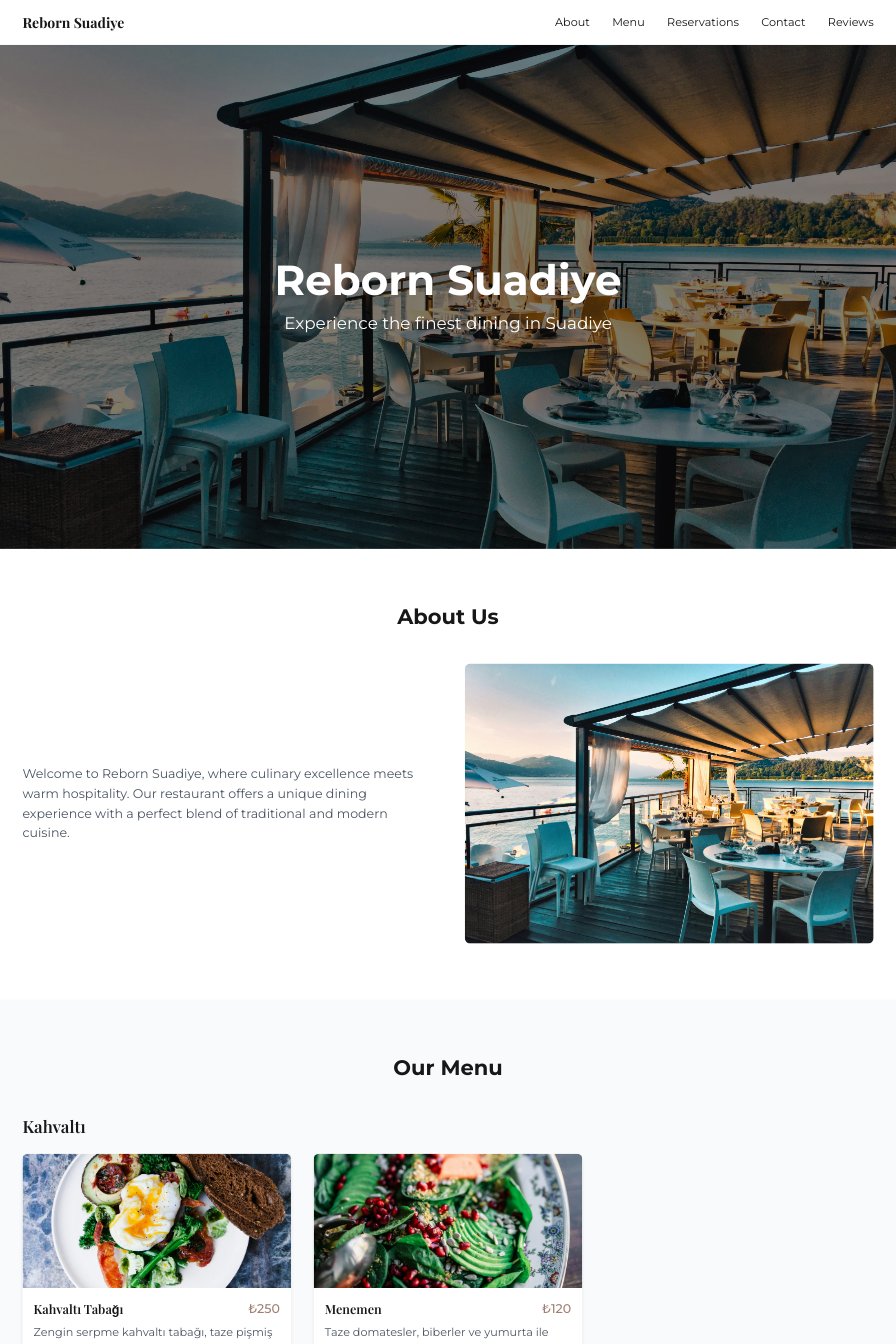
Repository: burakdemirrr/restaurant-website
Page: /
The author's editor kept a copy of each file at every save. The page is drawn from the files as they stood at one save, then again after the next save.
The browser window is 1280 px wide. The pictures show the part of the page from y = 0 to 1920 px (the page is 5584 px tall), at 70% of full size.
The page's requests for data from a server got no answer. Some web fonts or font styles are not loaded; a fallback is used. The project was rebuilt for these pictures with package versions that can differ from the ones it lists, and the page was loaded fresh each time. The framework's server and built-in components were replaced by stand-ins that run in the browser. No one was signed in, and anything a server would have sent is missing. Also part of the build but not shown: next.config.ts.

Above is the page before, as saved 2025-01-06 14:39:45.

### src/app/layout.tsx
import type { Metadata } from "next";
import { Playfair_Display, Montserrat } from "next/font/google";
import "./globals.css";
import MobileNav from "@/components/MobileNav";

const playfair = Playfair_Display({
  subsets: ["latin"],
  variable: '--font-playfair',
});

const montserrat = Montserrat({
  subsets: ["latin"],
  variable: '--font-montserrat',
});

export const metadata: Metadata = {
  title: "Reborn Suadiye - Restaurant & Cafe",
  description: "Experience the finest dining at Reborn Suadiye. Make your reservations online and enjoy our delicious menu.",
};

export default function RootLayout({
  children,
}: {
  children: React.ReactNode
}) {
  return (
    <html lang="en" className={`scroll-smooth ${playfair.variable} ${montserrat.variable}`}>
      <body className={montserrat.className}>
        <nav className="fixed top-0 w-full bg-white/90 backdrop-blur-sm z-50 shadow-sm transition-all duration-300 hover:bg-white">
          <div className="max-w-7xl mx-auto px-4 sm:px-6 lg:px-8">
            <div className="flex justify-between h-16">
              <div className="flex items-center">
                <a href="/" className="text-xl font-bold font-playfair hover:text-primary-600 transition-colors">Reborn Suadiye</a>
              </div>
              <div className="hidden sm:flex sm:items-center sm:space-x-8">
                <a href="#about" className="hover:text-primary-600 transition-colors">About</a>
                <a href="#menu" className="hover:text-primary-600 transition-colors">Menu</a>
                <a href="#reservations" className="hover:text-primary-600 transition-colors">Reservations</a>
                <a href="#contact" className="hover:text-primary-600 transition-colors">Contact</a>
                <a href="#reviews" className="hover:text-primary-600 transition-colors">Reviews</a>
              </div>
              <MobileNav />
            </div>
          </div>
        </nav>
        <main className="pt-16">
          {children}
        </main>
        <footer className="bg-primary-900 text-white py-8">
          <div className="max-w-7xl mx-auto px-4 sm:px-6 lg:px-8">
            <div className="flex flex-col md:flex-row justify-between items-center">
              <div className="mb-4 md:mb-0">
                <h3 className="text-xl font-bold font-playfair">Reborn Suadiye</h3>
                <p className="mt-2">Experience the finest dining</p>
              </div>
              <div className="flex space-x-6">
                <a href="https://instagram.com/reborn.suadiye" target="_blank" rel="noopener noreferrer" className="hover:text-primary-300 transition-colors">
                  Instagram
                </a>
                <a href="#contact" className="hover:text-primary-300 transition-colors">Contact</a>
              </div>
            </div>
          </div>
        </footer>
      </body>
    </html>
  );
}

### src/app/page.tsx
import Image from 'next/image'
import ReservationForm from '@/components/ReservationForm'
import Menu from '@/components/Menu'
import GoogleReviews from '@/components/GoogleReviews'

export default function Home() {
  return (
    <div className="min-h-screen">
      {/* Hero Section */}
      <section className="relative h-screen">
        <div className="absolute inset-0">
          <Image
            src="/hero-image.jpg"
            alt="Reborn Suadiye Restaurant"
            fill
            className="object-cover"
            priority
          />
          <div className="absolute inset-0 bg-black/50" />
        </div>
        <div className="relative h-full flex items-center justify-center text-white text-center">
          <div>
            <h1 className="text-5xl md:text-6xl font-bold mb-4">Reborn Suadiye</h1>
            <p className="text-xl md:text-2xl">Experience the finest dining in Suadiye</p>
          </div>
        </div>
      </section>

      {/* About Section */}
      <section id="about" className="py-20 bg-white">
        <div className="max-w-7xl mx-auto px-4 sm:px-6 lg:px-8">
          <h2 className="text-3xl font-bold text-center mb-12">About Us</h2>
          <div className="grid md:grid-cols-2 gap-12 items-center">
            <div>
              <p className="text-lg text-gray-600">
                Welcome to Reborn Suadiye, where culinary excellence meets warm hospitality.
                Our restaurant offers a unique dining experience with a perfect blend of
                traditional and modern cuisine.
              </p>
            </div>
            <div className="relative h-[400px]">
              <Image
                src="/about-image.jpg"
                alt="About Reborn Suadiye"
                fill
                className="object-cover rounded-lg"
              />
            </div>
          </div>
        </div>
      </section>

      {/* Menu Section */}
      <section id="menu" className="py-20 bg-gray-50">
        <div className="max-w-7xl mx-auto px-4 sm:px-6 lg:px-8">
          <h2 className="text-3xl font-bold text-center mb-12">Our Menu</h2>
          <Menu />
        </div>
      </section>

      {/* Reservations Section */}
      <section id="reservations" className="py-20 bg-white">
        <div className="max-w-7xl mx-auto px-4 sm:px-6 lg:px-8">
          <h2 className="text-3xl font-bold text-center mb-12">Make a Reservation</h2>
          <ReservationForm />
        </div>
      </section>

      {/* Contact Section */}
      <section id="contact" className="py-20 bg-gray-50">
        <div className="max-w-7xl mx-auto px-4 sm:px-6 lg:px-8">
          <h2 className="text-3xl font-bold text-center mb-12">Contact Us</h2>
          <div className="grid md:grid-cols-2 gap-12">
            <div>
              <h3 className="text-xl font-semibold mb-4">Location</h3>
              <p className="text-gray-600 mb-4">Suadiye Mahallesi, Bağdat Caddesi, Kadıköy/İstanbul</p>
              <h3 className="text-xl font-semibold mb-4">Opening Hours</h3>
              <p className="text-gray-600 mb-4">
                Monday - Sunday: 09:00 - 23:00
              </p>
              <h3 className="text-xl font-semibold mb-4">Contact Information</h3>
              <p className="text-gray-600">Phone: +90 (216) XXX XX XX</p>
              <p className="text-gray-600">Email: info@rebornsuadiye.com</p>
              <div className="mt-6">
                <a
                  href="https://instagram.com/reborn.suadiye"
                  target="_blank"
                  rel="noopener noreferrer"
                  className="text-blue-600 hover:text-blue-800"
                >
                  Follow us on Instagram
                </a>
              </div>
            </div>
            <div className="h-[400px] relative">
              <iframe
                src="https://www.google.com/maps/embed?pb=!1m18!1m12!1m3!1d3011.1234567890123!2d29.0876543210987!3d40.9876543210987!2m3!1f0!2f0!3f0!3m2!1i1024!2i768!4f13.1!3m3!1m2!1s0x0%3A0x0!2zNDDCsDU5JzE1LjYiTiAyOcKwMDUnMTAuMiJF!5e0!3m2!1sen!2str!4v1234567890123!5m2!1sen!2str"
                width="100%"
                height="100%"
                style={{ border: 0 }}
                allowFullScreen
                loading="lazy"
                referrerPolicy="no-referrer-when-downgrade"
              />
            </div>
          </div>
        </div>
      </section>

      {/* Reviews Section */}
      <section id="reviews" className="py-20 bg-white">
        <div className="max-w-7xl mx-auto px-4 sm:px-6 lg:px-8">
          <h2 className="text-3xl font-bold text-center mb-12">What Our Customers Say</h2>
          <GoogleReviews />
        </div>
      </section>
    </div>
  )
}

### src/components/MobileNav.tsx
'use client'

import React, { useState } from 'react'
import { FaBars, FaTimes } from 'react-icons/fa'

export default function MobileNav() {
  const [isOpen, setIsOpen] = useState(false)

  const toggleMenu = () => {
    setIsOpen(!isOpen)
  }

  return (
    <div className="sm:hidden">
      <button
        onClick={toggleMenu}
        className="p-2 text-gray-600 hover:text-gray-900 focus:outline-none"
      >
        {isOpen ? <FaTimes size={24} /> : <FaBars size={24} />}
      </button>

      {isOpen && (
        <div className="absolute top-16 left-0 right-0 bg-white shadow-lg py-2">
          <a
            href="#about"
            className="block px-4 py-2 text-gray-800 hover:bg-gray-100"
            onClick={toggleMenu}
          >
            About
          </a>
          <a
            href="#menu"
            className="block px-4 py-2 text-gray-800 hover:bg-gray-100"
            onClick={toggleMenu}
          >
            Menu
          </a>
          <a
            href="#reservations"
            className="block px-4 py-2 text-gray-800 hover:bg-gray-100"
            onClick={toggleMenu}
          >
            Reservations
          </a>
          <a
            href="#contact"
            className="block px-4 py-2 text-gray-800 hover:bg-gray-100"
            onClick={toggleMenu}
          >
            Contact
          </a>
          <a
            href="#reviews"
            className="block px-4 py-2 text-gray-800 hover:bg-gray-100"
            onClick={toggleMenu}
          >
            Reviews
          </a>
        </div>
      )}
    </div>
  )
}

### src/components/Menu.tsx
import React from 'react'
import Image from 'next/image'

interface MenuItem {
  id: number
  name: string
  description: string
  price: string
  category: string
  image: string
}

const menuItems: MenuItem[] = [
  // Breakfast Items
  {
    id: 1,
    name: 'Kahvaltı Tabağı',
    description: 'Zengin serpme kahvaltı tabağı, taze pişmiş ekmekler, özel reçeller',
    price: '₺250',
    category: 'Kahvaltı',
    image: '/menu/kahvalti.jpg'
  },
  {
    id: 2,
    name: 'Menemen',
    description: 'Taze domatesler, biberler ve yumurta ile hazırlanan klasik menemen',
    price: '₺120',
    category: 'Kahvaltı',
    image: '/menu/menemen.jpg'
  },

  // Main Courses
  {
    id: 3,
    name: 'Izgara Levrek',
    description: 'Taze levrek, mevsim sebzeleri ile servis edilir',
    price: '₺380',
    category: 'Ana Yemekler',
    image: '/menu/levrek.jpg'
  },
  {
    id: 4,
    name: 'Bonfile',
    description: 'Özel marine edilmiş dana bonfile, mantar sosu ile',
    price: '₺450',
    category: 'Ana Yemekler',
    image: '/menu/bonfile.jpg'
  },
  {
    id: 5,
    name: 'Köfte',
    description: 'El yapımı köfte, özel baharatlar ile',
    price: '₺280',
    category: 'Ana Yemekler',
    image: '/menu/kofte.jpg'
  },

  // Salads
  {
    id: 6,
    name: 'Sezar Salata',
    description: 'Izgara tavuk, marul, parmesan peyniri, kruton ve özel sos',
    price: '₺180',
    category: 'Salatalar',
    image: '/menu/sezar.jpg'
  },
  {
    id: 7,
    name: 'Akdeniz Salata',
    description: 'Taze roka, cherry domates, zeytinyağı ve balzamik sos',
    price: '₺160',
    category: 'Salatalar',
    image: '/menu/akdeniz.jpg'
  },

  // Desserts
  {
    id: 8,
    name: 'Künefe',
    description: 'Ev yapımı künefe, kaymak ile servis edilir',
    price: '₺160',
    category: 'Tatlılar',
    image: '/menu/kunefe.jpg'
  },
  {
    id: 9,
    name: 'Cheesecake',
    description: 'Ev yapımı cheesecake, mevsim meyveleri ile',
    price: '₺140',
    category: 'Tatlılar',
    image: '/menu/cheesecake.jpg'
  },

  // Beverages
  {
    id: 10,
    name: 'Türk Kahvesi',
    description: 'Geleneksel Türk kahvesi',
    price: '₺50',
    category: 'İçecekler',
    image: '/menu/turk-kahvesi.jpg'
  },
  {
    id: 11,
    name: 'Taze Sıkılmış Portakal Suyu',
    description: 'Günlük taze sıkılmış portakal suyu',
    price: '₺60',
    category: 'İçecekler',
    image: '/menu/portakal.jpg'
  }
]

const categories = Array.from(new Set(menuItems.map(item => item.category)))

export default function Menu() {
  return (
    <div className="w-full">
      {categories.map((category, categoryIndex) => (
        <div key={category} className="mb-12 animate-fade-in" style={{ animationDelay: `${categoryIndex * 0.2}s` }}>
          <h3 className="text-2xl font-semibold mb-6 font-playfair">{category}</h3>
          <div className="grid grid-cols-1 md:grid-cols-2 lg:grid-cols-3 gap-8">
            {menuItems
              .filter(item => item.category === category)
              .map((item, index) => (
                <div
                  key={item.id}
                  className="bg-white rounded-lg shadow-md overflow-hidden hover:shadow-lg transition-all duration-300 transform hover:-translate-y-1 animate-slide-up"
                  style={{ animationDelay: `${(categoryIndex * 0.2) + (index * 0.1)}s` }}
                >
                  <div className="relative h-48 overflow-hidden group">
                    <Image
                      src={item.image}
                      alt={item.name}
                      fill
                      className="object-cover transition-transform duration-300 group-hover:scale-110"
                    />
                    <div className="absolute inset-0 bg-black/20 opacity-0 group-hover:opacity-100 transition-opacity duration-300" />
                  </div>
                  <div className="p-4">
                    <div className="flex justify-between items-start mb-2">
                      <h4 className="text-lg font-semibold font-playfair">{item.name}</h4>
                      <span className="text-lg font-medium text-primary-600">
                        {item.price}
                      </span>
                    </div>
                    <p className="text-gray-600">{item.description}</p>
                  </div>
                </div>
              ))}
          </div>
        </div>
      ))}
    </div>
  )
}

### src/components/GoogleReviews.tsx
import React from 'react'
import { FaStar, FaStarHalf } from 'react-icons/fa'

interface Review {
  id: number
  author: string
  rating: number
  text: string
  date: string
}

const reviews: Review[] = [
  {
    id: 1,
    author: 'Ahmet Y.',
    rating: 5,
    text: 'Harika bir mekan! Kahvaltısı özellikle muhteşem. Servis ve ambiyans da çok iyi.',
    date: '2024-01-01'
  },
  {
    id: 2,
    author: 'Ayşe K.',
    rating: 4.5,
    text: 'Bağdat Caddesinin en iyi restoranlarından biri. Levrek çok lezzetliydi.',
    date: '2023-12-25'
  },
  {
    id: 3,
    author: 'Mehmet S.',
    rating: 5,
    text: 'Künefesi için bile gidilir. Servis hızlı ve personel çok ilgili.',
    date: '2023-12-20'
  }
]

function RatingStars({ rating }: { rating: number }) {
  const fullStars = Math.floor(rating)
  const hasHalfStar = rating % 1 !== 0

  return (
    <div className="flex text-primary-500">
      {[...Array(fullStars)].map((_, i) => (
        <FaStar key={i} className="transform hover:scale-110 transition-transform" />
      ))}
      {hasHalfStar && <FaStarHalf className="transform hover:scale-110 transition-transform" />}
    </div>
  )
}

export default function GoogleReviews() {
  return (
    <div className="grid grid-cols-1 md:grid-cols-2 lg:grid-cols-3 gap-8">
      {reviews.map((review, index) => (
        <div
          key={review.id}
          className="bg-white p-6 rounded-lg shadow-md hover:shadow-lg transition-all duration-300 transform hover:-translate-y-1 animate-slide-up"
          style={{ animationDelay: `${index * 0.2}s` }}
        >
          <div className="flex items-center justify-between mb-4">
            <h3 className="font-semibold font-playfair">{review.author}</h3>
            <RatingStars rating={review.rating} />
          </div>
          <p className="text-gray-600 mb-4 line-clamp-3 hover:line-clamp-none transition-all duration-300">
            {review.text}
          </p>
          <p className="text-sm text-primary-400">
            {new Date(review.date).toLocaleDateString('tr-TR', {
              year: 'numeric',
              month: 'long',
              day: 'numeric'
            })}
          </p>
        </div>
      ))}
    </div>
  )
}

### tailwind.config.ts
import type { Config } from "tailwindcss";

const config: Config = {
  content: [
    "./src/pages/**/*.{js,ts,jsx,tsx,mdx}",
    "./src/components/**/*.{js,ts,jsx,tsx,mdx}",
    "./src/app/**/*.{js,ts,jsx,tsx,mdx}",
  ],
  theme: {
    extend: {
      colors: {
        primary: {
          50: '#fdf8f6',
          100: '#f2e8e5',
          200: '#eaddd7',
          300: '#e0cec7',
          400: '#d2bab0',
          500: '#bfa094',
          600: '#a18072',
          700: '#977669',
          800: '#846358',
          900: '#43302b',
        },
      },
      fontFamily: {
        playfair: ['var(--font-playfair)'],
        montserrat: ['var(--font-montserrat)'],
      },
      animation: {
        'fade-in': 'fadeIn 0.5s ease-in-out',
        'slide-up': 'slideUp 0.5s ease-out',
        'slide-down': 'slideDown 0.3s ease-out',
      },
      keyframes: {
        fadeIn: {
          '0%': { opacity: '0' },
          '100%': { opacity: '1' },
        },
        slideUp: {
          '0%': { transform: 'translateY(20px)', opacity: '0' },
          '100%': { transform: 'translateY(0)', opacity: '1' },
        },
        slideDown: {
          '0%': { transform: 'translateY(-20px)', opacity: '0' },
          '100%': { transform: 'translateY(0)', opacity: '1' },
        },
      },
    },
  },
  plugins: [
    require('@tailwindcss/forms'),
  ],
};

export default config;

Loaded but not shown: src/app/globals.css (common file); src/components/ReservationForm.tsx (225 lines, source omitted)

After the next save:
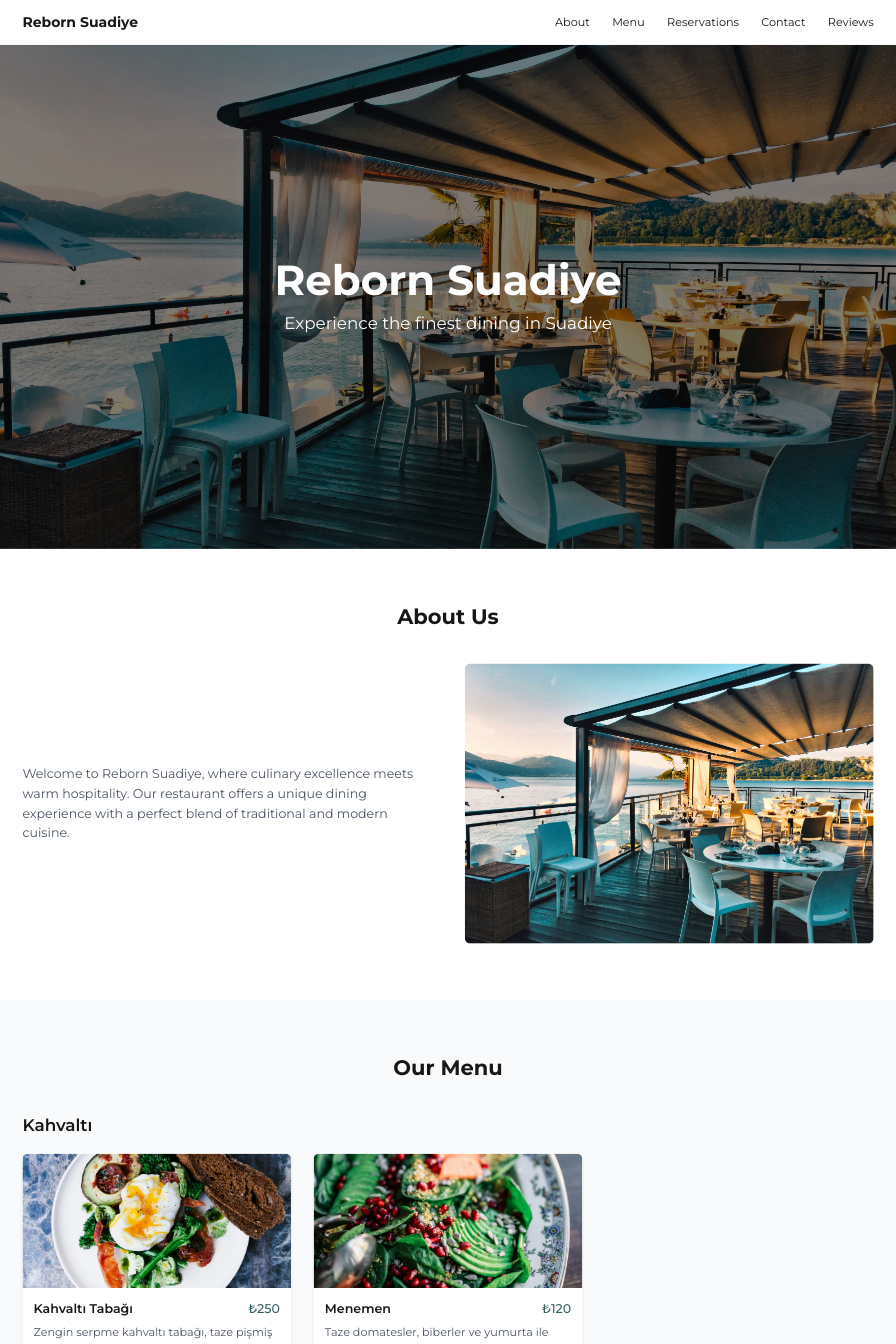
Saved 2 min 49 s later.
--- a/tailwind.config.ts
+++ b/tailwind.config.ts
@@ -10,26 +10,41 @@ const config: Config = {
     extend: {
       colors: {
         primary: {
-          50: '#fdf8f6',
-          100: '#f2e8e5',
-          200: '#eaddd7',
-          300: '#e0cec7',
-          400: '#d2bab0',
-          500: '#bfa094',
-          600: '#a18072',
-          700: '#977669',
-          800: '#846358',
-          900: '#43302b',
+          50: '#f4f9f9',
+          100: '#dcedee',
+          200: '#bcd8d9',
+          300: '#8ebabb',
+          400: '#649798',
+          500: '#45787a',
+          600: '#366163',
+          700: '#2d4f51',
+          800: '#284142',
+          900: '#233738',
         },
+        gold: {
+          50: '#fbf7e4',
+          100: '#f5ecbb',
+          200: '#eed88d',
+          300: '#e7c35f',
+          400: '#e0af31',
+          500: '#c99a2a',
+          600: '#9d7720',
+          700: '#725618',
+          800: '#463510',
+          900: '#1b1408',
+        }
       },
       fontFamily: {
-        playfair: ['var(--font-playfair)'],
-        montserrat: ['var(--font-montserrat)'],
+        display: ['var(--font-playfair)'],
+        sans: ['var(--font-montserrat)'],
       },
       animation: {
-        'fade-in': 'fadeIn 0.5s ease-in-out',
-        'slide-up': 'slideUp 0.5s ease-out',
-        'slide-down': 'slideDown 0.3s ease-out',
+        'fade-in': 'fadeIn 0.8s ease-out',
+        'slide-up': 'slideUp 0.8s ease-out',
+        'slide-down': 'slideDown 0.5s ease-out',
+        'scale-up': 'scaleUp 0.5s ease-out',
+        'bounce-in': 'bounceIn 0.8s cubic-bezier(0.36, 0, 0.66, -0.56)',
+        'rotate-in': 'rotateIn 0.8s ease-out',
       },
       keyframes: {
         fadeIn: {
@@ -37,12 +52,26 @@ const config: Config = {
           '100%': { opacity: '1' },
         },
         slideUp: {
-          '0%': { transform: 'translateY(20px)', opacity: '0' },
+          '0%': { transform: 'translateY(30px)', opacity: '0' },
           '100%': { transform: 'translateY(0)', opacity: '1' },
         },
         slideDown: {
-          '0%': { transform: 'translateY(-20px)', opacity: '0' },
+          '0%': { transform: 'translateY(-30px)', opacity: '0' },
           '100%': { transform: 'translateY(0)', opacity: '1' },
+        },
+        scaleUp: {
+          '0%': { transform: 'scale(0.8)', opacity: '0' },
+          '100%': { transform: 'scale(1)', opacity: '1' },
+        },
+        bounceIn: {
+          '0%': { transform: 'scale(0.3)', opacity: '0' },
+          '50%': { transform: 'scale(1.05)' },
+          '70%': { transform: 'scale(0.9)' },
+          '100%': { transform: 'scale(1)', opacity: '1' },
+        },
+        rotateIn: {
+          '0%': { transform: 'rotate(-180deg) scale(0)', opacity: '0' },
+          '100%': { transform: 'rotate(0) scale(1)', opacity: '1' },
         },
       },
     },
